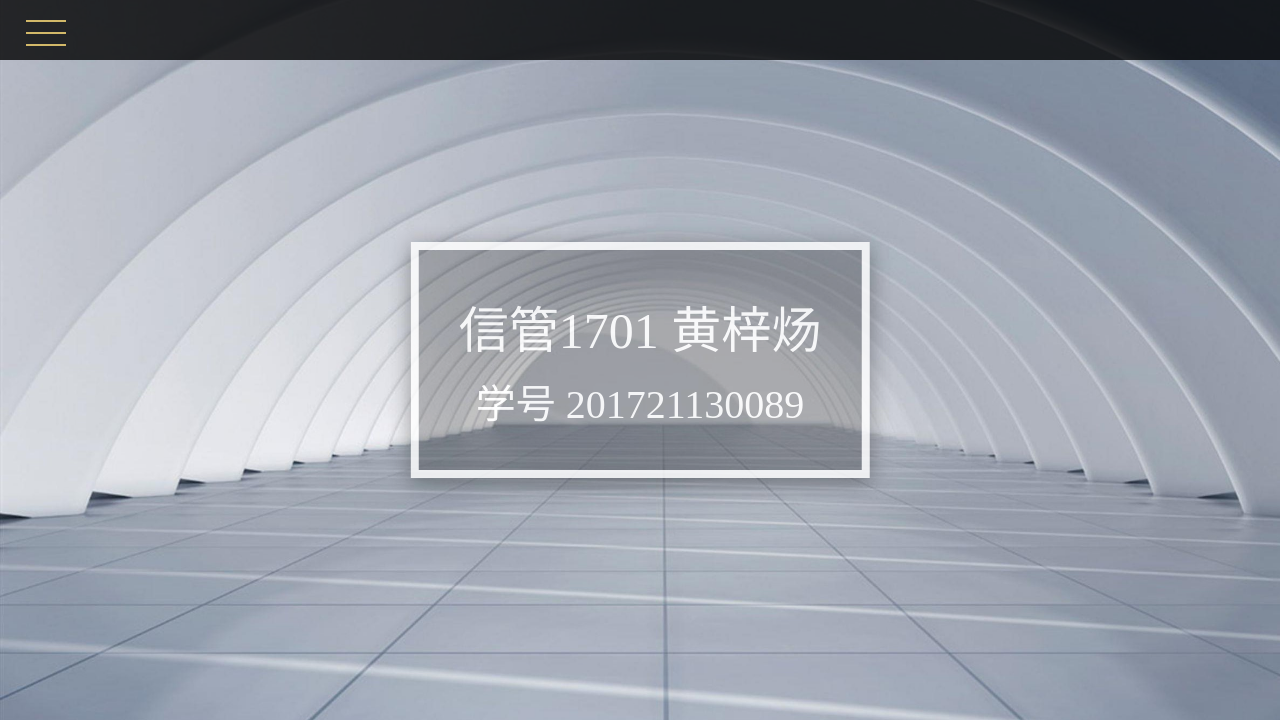
Repository: ustc-hzy/ziYang
Page: index.html
An editor plug-in stored every save of this project. The page is shown before and after the next save, followed by the edit.
The browser window is 1280 px wide. The pictures show the whole page.

Above is the page before, as saved 2020-06-18 21:58:26.

### index.html
<!DOCTYPE html>
<html lang="en">
<head>
    <meta charset="UTF-8">
    <meta name="viewport" content="width=device-width, initial-scale=1.0">
    <link rel="stylesheet" href="css/style.css" type="text/css">
    <link rel="stylesheet" href="css/index.css" type="text/css">
    <title>主页</title>
</head>
<body>
    <header>
        <!-- 导航栏内容 -->
        <div class="inner">
            <!-- 用于控制菜单栏开关 -->
            <input type="checkbox" id="ham">
            <!-- 菜单栏icon -->
            <label for="ham">
                <div class="hamburger-container">
                    <span></span>
                    <span></span>
                    <span></span>
                </div>
            </label>
            <!-- 菜单栏各项 -->
            <nav>
                <ul>
                    <li><a href="index.html">网站首页</a></li>
                    <li><a href="resume.html">个人简历</a></li>
                    <li><a href="album.html">旅行相册</a></li>
                    <li><a href="resume.html">PS作品集</a></li>
                    <li><a href="episode.html">剧集收藏</a></li>
                </ul>
            </nav>
            <!-- 打开菜单栏的遮罩 -->
            <div class="mask"></div>
        </div>
        <!-- 主页展示内容 -->
        <div class="name-container">
            <div class="mid-name">
                <div>信管1701 黄梓炀</div>
                <div class="id">学号 201721130089</div>
            </div>
        </div>
    </header>
</body>
</html>

### css/style.css
/* 导航栏背景 */
header{
    height: 60px;
    background-color: #000000;
    opacity: 0.8;
}
/* 导航栏内部 */
.inner{
    width: 96%;
    margin: auto;
}
/* 用于开关的checkbox */
#ham{
    display: none;
}
/* 当chexkbox选中时，改变第一条线 */
#ham:checked + label .hamburger-container span:nth-child(1){
    transform: rotate(45deg);
    top: 11px;
    transition: transform .3s ease-in-out, top .3s ease-in-out 3s;
}
/* 当chexkbox选中时，第二条线消失 */
#ham:checked + label .hamburger-container span:nth-child(2){
    opacity: 0;
}
/* 当chexkbox选中时，改变第三条线 */
#ham:checked + label .hamburger-container span:nth-child(3){
    transform: rotate(-45deg);
    top: -11px;
    transition: transform .3s ease-in-out, top .3s ease-in-out 3s;
}
/* 导航栏icon的第二天横线 */
.hamburger-container span:nth-child(2){
    margin-top: 10px;
    transition: opacity .1s ease-in-out .1s;
}
/* 导航栏icon的第三天横线 */
.hamburger-container span:nth-child(3){
    margin-top: 10px;
}
/* 导航栏icon */
.hamburger-container{
    display: block;
    width: 40px;
    height: 40px;
    position: relative;
    top: 20px;
    z-index: 100;
}
/* 导航栏icon的横线 */
.hamburger-container span{
    display: block;
    height: 2px;
    background-color: #dbba53;
    position: relative;
    transition: transform .3s ease-in-out, top .3s ease-in-out .3s;
}
/* 菜单栏子项总的效果 */
nav{
    position: absolute;
    z-index: 100;
    color: #fff;
    top: 50px;
    transform: scaleY(0); /* 垂直方向缩小到0，即关闭 */
    transition: all .3s ease-in-out;
    transform-origin: 50% 0; /* 将中心点移到顶部 */
    opacity: 0; /* 渐入渐出效果 */
}
/* 当chexkbox选中时，展示nav */
#ham:checked ~ nav{
    transform: scaleY(1); /* 垂直方向扩大到1，即打开 */
    opacity: 1;
    transition: all .3s ease-in-out;
}
/* 导航栏的遮罩 */
.mask {
    width: 100vw;
    height: 100vh;
    position: fixed;
    top: 0;
    left: 0;
    background: #000000;
    opacity: 0;
    z-index: 10; /* 防止遮住要显示的部分 */
    transform: scaleY(0);
    transform-origin: 50% 0;
    transition: all .3s ease-in-out;
}
/* 当chexkbox选中时，打开遮罩 */
#ham:checked ~ .mask{
    opacity: 1;
    transform: scaleY(1);
    transition: all .3s ease-in-out;
}
nav ul{
    position: relative;
    right: 40px;
    margin-top: 2em;
    list-style-type:none;
    font-size: 35px;
}
nav ul li{
    margin-top: 1em;
}
nav ul li:hover{
    transform: scale(1.2, 1.2); /* transform从元素中心开始变化，不会影响到其他元素 */
}
nav ul li a:hover{
    color: #dbba53;
}
/* 导航栏菜单项 */
nav a{
    text-decoration: none;
    color: #ffffff;
}
/* 居中姓名框 */
.name-container{
    position: absolute;
    top: 50%;
    left: 50%;
    transform: translate(-50%,-50%);
    z-index: 1;
    background-color: rgba(0,0,0,0.3); /* 此处使用opacity会让文字也变透明 */
    box-shadow: 0 5px 20px rgba(26,26,26,0.5);
}
/* 居中姓名 */
.mid-name{
    color: #fff;
    font-size: 50px;
    border: 8px solid #fff;
    padding: 40px;
    text-align: center;
}
/* 居中学号 */
.mid-name .id{
    margin-top: 10px;
    font-size: 40px;
}

### css/index.css
/* 背景图片 */
body {
    height: 100vh;
    width: 100vw;
    margin: 0 auto;
    padding: 0 0 ;
    background-color: #000000;
    background-image: url(../img/user_bg.jpg);
    background-repeat: no-repeat;
    background-size: cover;
    overflow: auto;
}

After the next save:
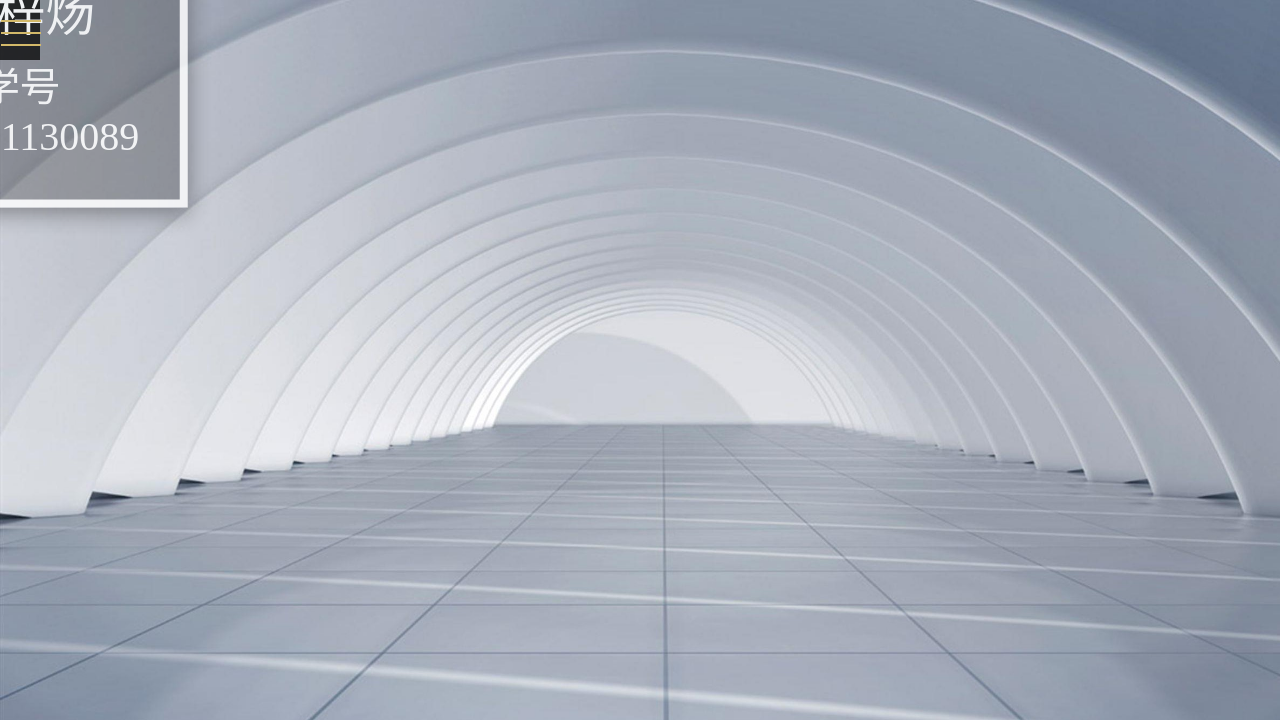
Saved 63 s later.
--- a/css/style.css
+++ b/css/style.css
@@ -1,5 +1,6 @@
 /* 导航栏背景 */
 header{
+    position: fixed;
     height: 60px;
     background-color: #000000;
     opacity: 0.8;

After the save that followed:
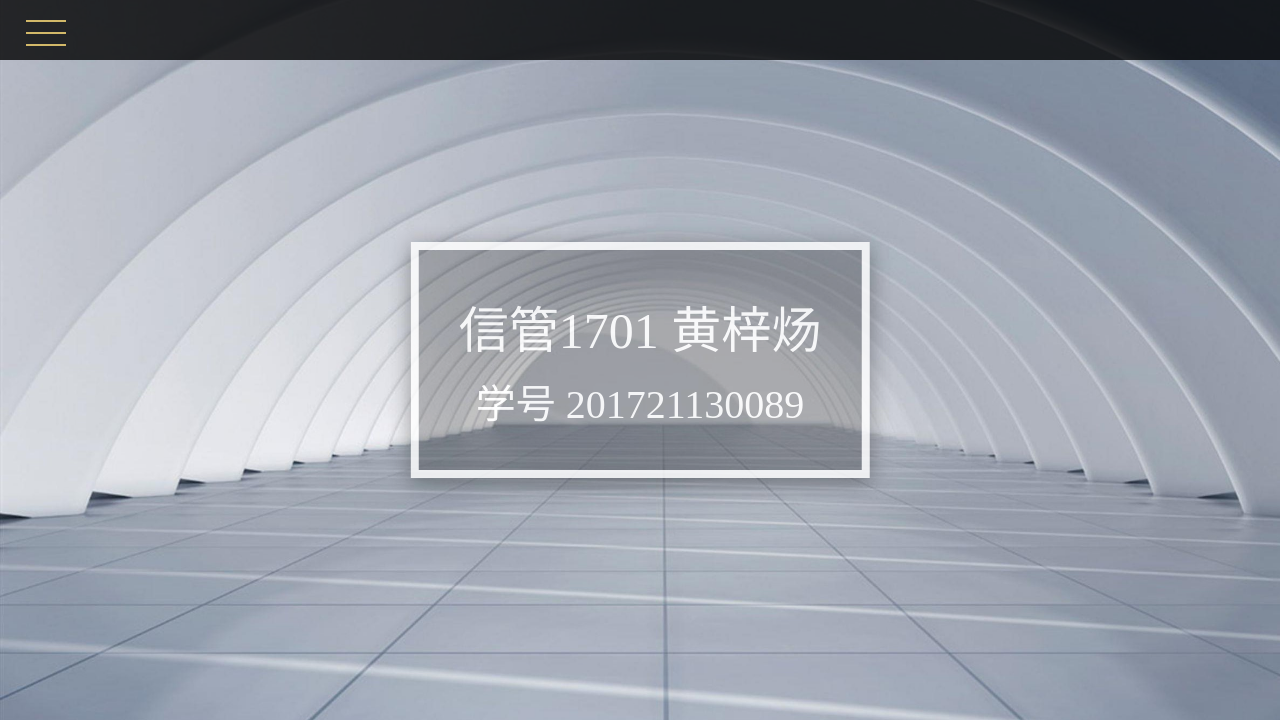
Saved 27 s later.
--- a/css/style.css
+++ b/css/style.css
@@ -1,6 +1,5 @@
 /* 导航栏背景 */
 header{
-    position: fixed;
     height: 60px;
     background-color: #000000;
     opacity: 0.8;
